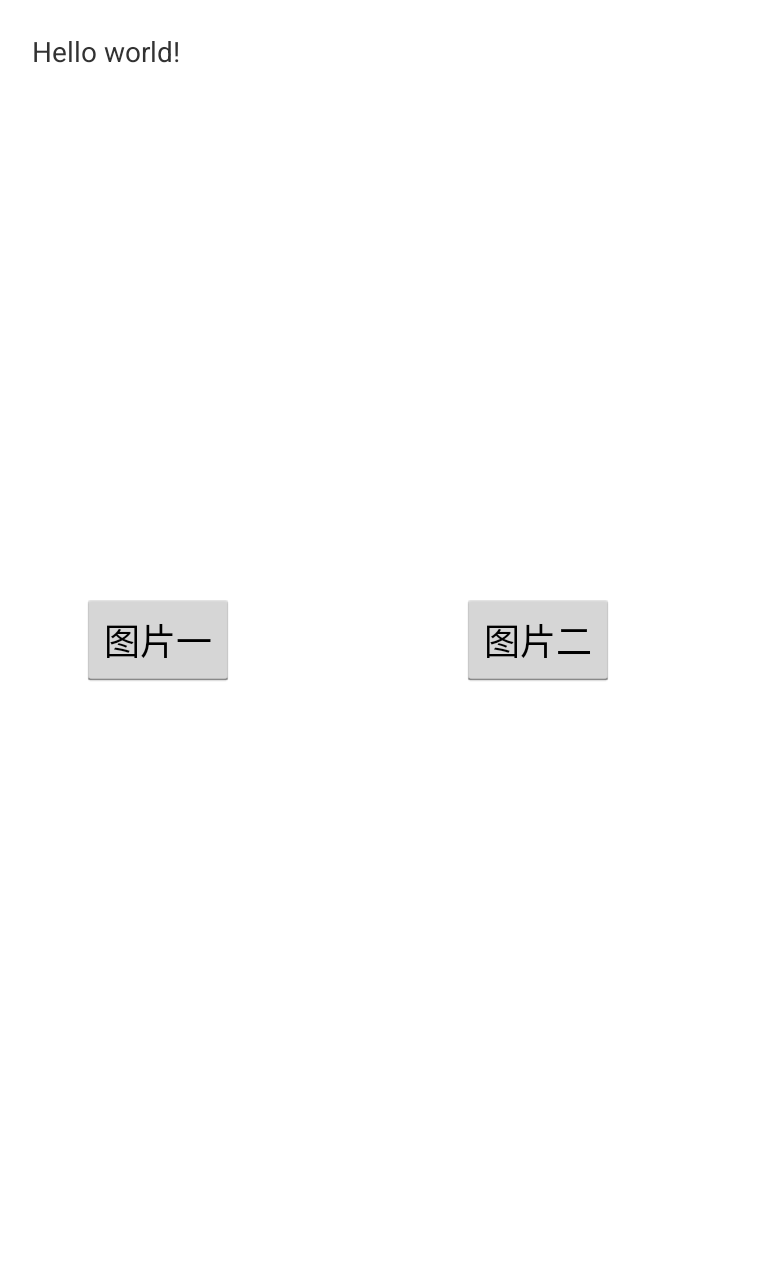
Repository: 17390089054/android
Layout: test_drawable/res/layout/activity_main.xml
The author's editor kept a copy of each file at every save. The layout is drawn from the files as they stood at one save, then again after the next save.
It is drawn on a 768 x 1280 px phone screen (xhdpi) without system bars, with theme AppTheme; the app's code is not run.

Above is the layout before, as saved 2018-05-05 03:51:33.

### test_drawable/res/layout/activity_main.xml
<RelativeLayout xmlns:android="http://schemas.android.com/apk/res/android"
    xmlns:tools="http://schemas.android.com/tools"
    android:layout_width="match_parent"
    android:layout_height="match_parent"
    android:paddingBottom="@dimen/activity_vertical_margin"
    android:paddingLeft="@dimen/activity_horizontal_margin"
    android:paddingRight="@dimen/activity_horizontal_margin"
    android:paddingTop="@dimen/activity_vertical_margin"
    tools:context=".MainActivity" >

    <TextView
        android:id="@+id/textView1"
        android:layout_width="wrap_content"
        android:layout_height="wrap_content"
        android:text="@string/hello_world" />

    <Button
        android:id="@+id/button2"
        android:layout_width="wrap_content"
        android:layout_height="wrap_content"
        android:layout_alignParentRight="true"
        android:layout_centerVertical="true"
        android:layout_marginRight="60dp"
        android:onClick="test02"
        android:text="图片二" />

    <Button
        android:id="@+id/button1"
        android:layout_width="wrap_content"
        android:layout_height="wrap_content"
        android:layout_alignLeft="@+id/textView1"
        android:layout_centerVertical="true"
        android:layout_marginLeft="24dp"
        android:onClick="test01"
        android:text="图片一" />

</RelativeLayout>

### test_drawable/res/values/strings.xml
<?xml version="1.0" encoding="utf-8"?>
<resources>

    <string name="app_name">test_drawable</string>
    <string name="action_settings">Settings</string>
    <string name="hello_world">Hello world!</string>

</resources>

Loaded but not shown: test_drawable/res/values/styles.xml (common file); test_drawable/res/values-v11/styles.xml (common file); test_drawable/res/values-v14/styles.xml (common file); test_drawable/res/values/dimens.xml (common file)

After the next save:
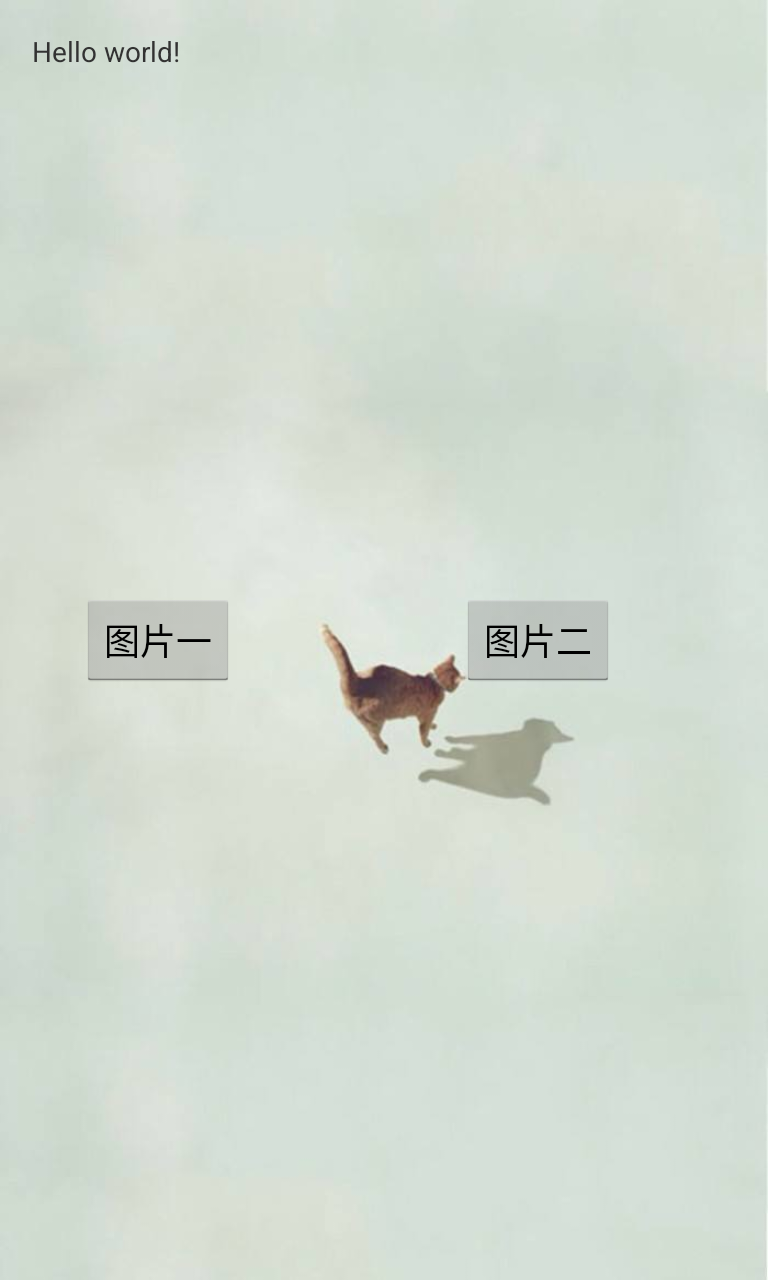
Saved 50 s later.
--- a/test_drawable/res/layout/activity_main.xml
+++ b/test_drawable/res/layout/activity_main.xml
@@ -6,6 +6,7 @@
     android:paddingLeft="@dimen/activity_horizontal_margin"
     android:paddingRight="@dimen/activity_horizontal_margin"
     android:paddingTop="@dimen/activity_vertical_margin"
+    android:background="@drawable/c"
     tools:context=".MainActivity" >
 
     <TextView
